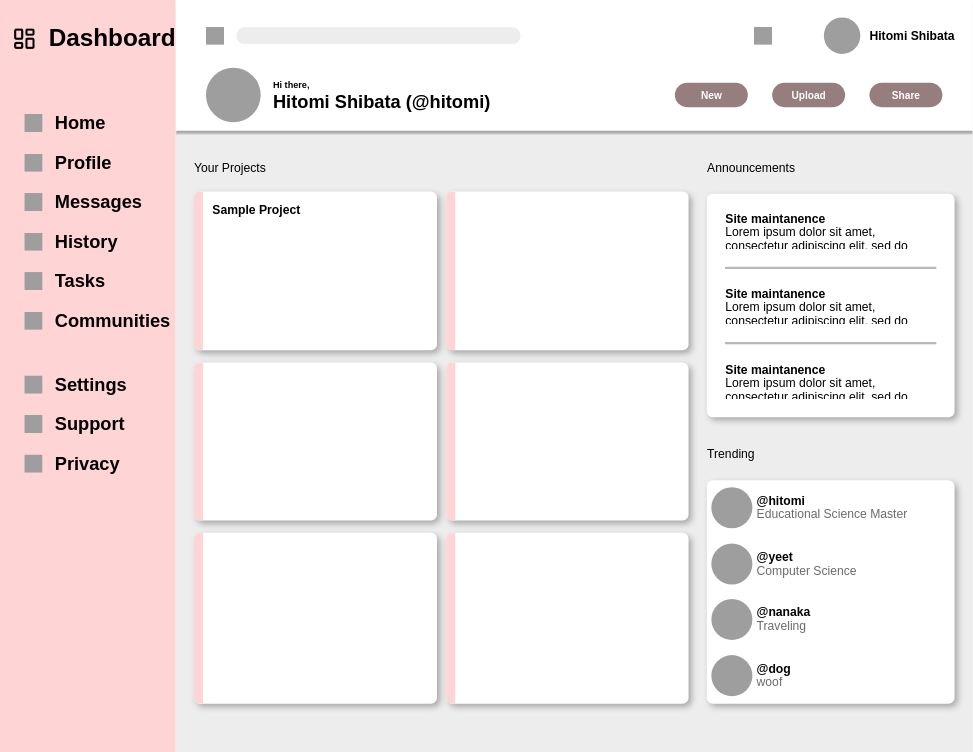
Repository: yeetzpxoci/dashboard
Page: index.html
The author's editor kept a copy of each file at every save. The page is drawn from the files as they stood at one save, then again after the next save.
The browser window is 1280 px wide. The pictures show the whole page, at 76% of full size.
Pictures or frames that could not be fetched are drawn as grey boxes.

Above is the page before, as saved 2023-02-19 14:06:09.

After the next save:
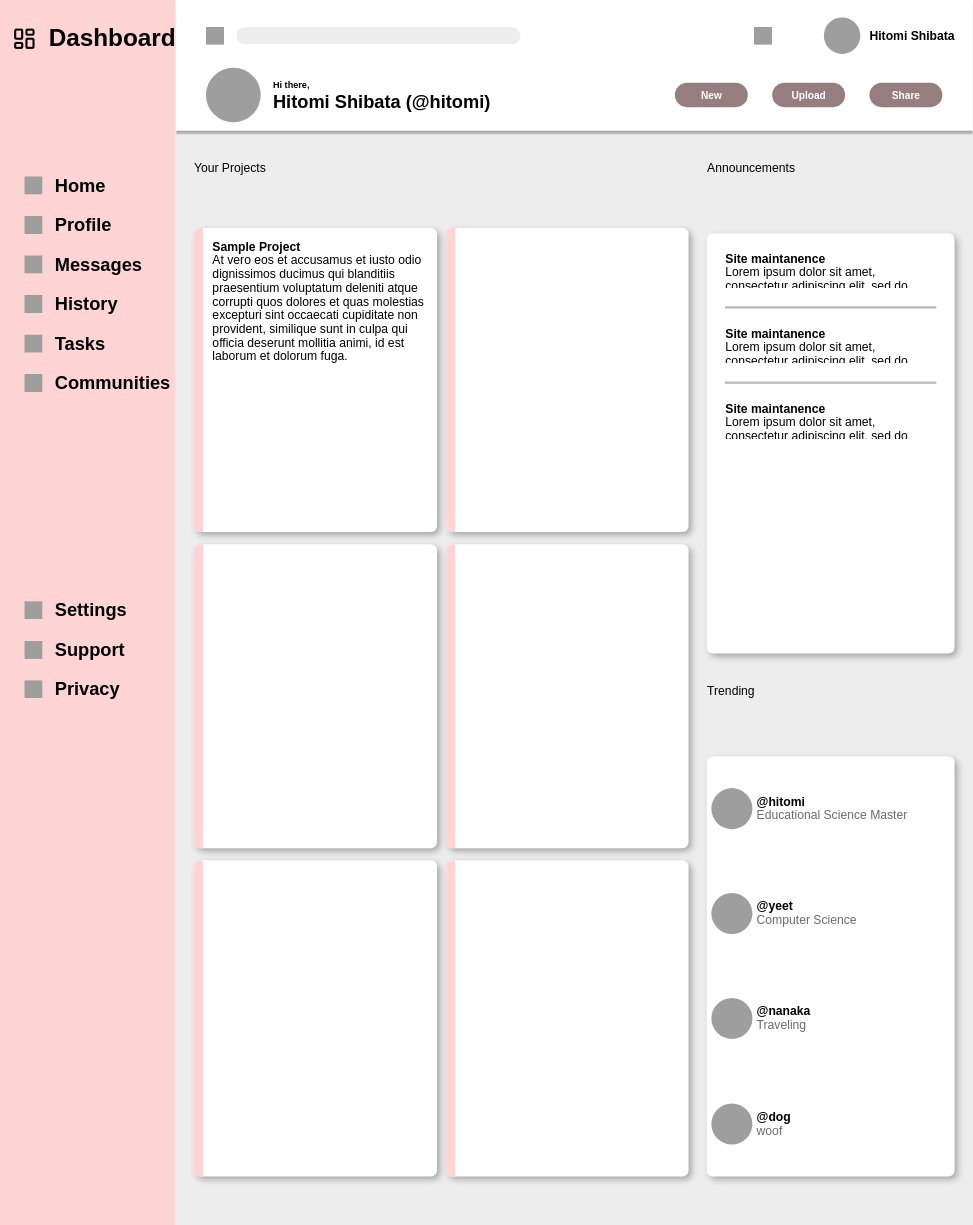
Saved 24 s later.
--- a/index.html
+++ b/index.html
@@ -102,6 +102,12 @@
                 <span class="bold">
                     Sample Project
                 </span>
+                <br>
+                <span>
+                    At vero eos et accusamus et iusto odio dignissimos ducimus qui blanditiis praesentium voluptatum deleniti atque corrupti
+                    quos dolores et quas molestias excepturi sint occaecati cupiditate non provident, similique sunt in culpa qui officia
+                    deserunt mollitia animi, id est laborum et dolorum fuga.
+                </span>
                 </p>
             </div>
 

After the save that followed:
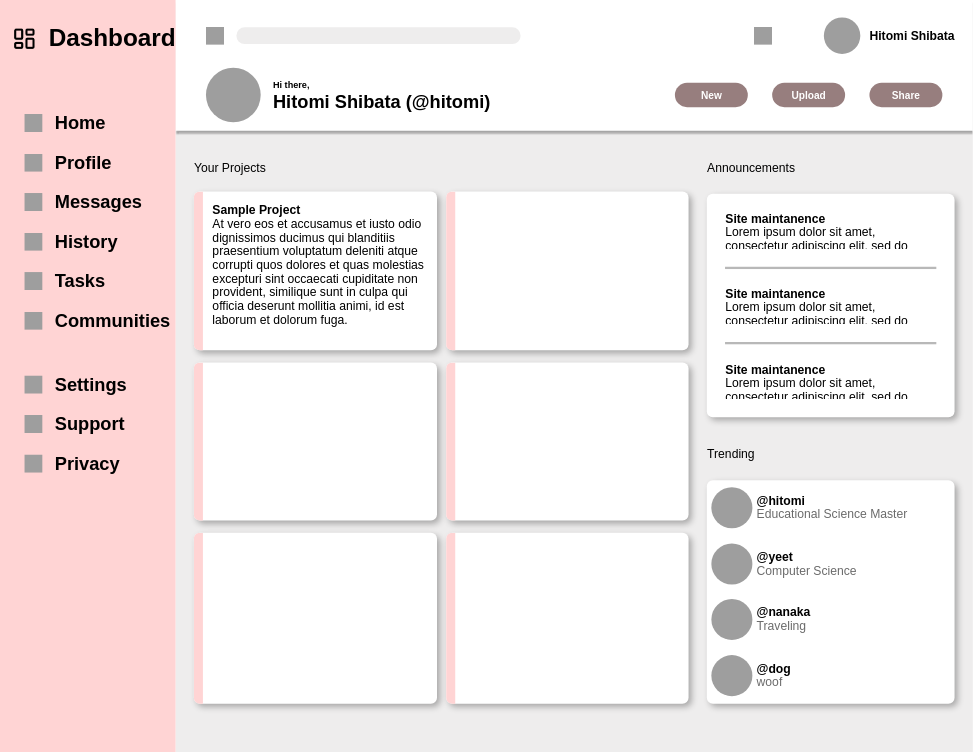
Saved 21 s later.
--- a/styles.css
+++ b/styles.css
@@ -186,7 +186,7 @@ button {
     box-shadow: 4px 4px 8px rgb(0, 0, 0, 0.3);
     overflow: hidden;
     display: grid;
-    grid-template-rows: 1fr 1fr;
+    grid-template-rows: 50% 50%;
     grid-template-columns: 1fr 24fr;
     gap: 12px;
 }
